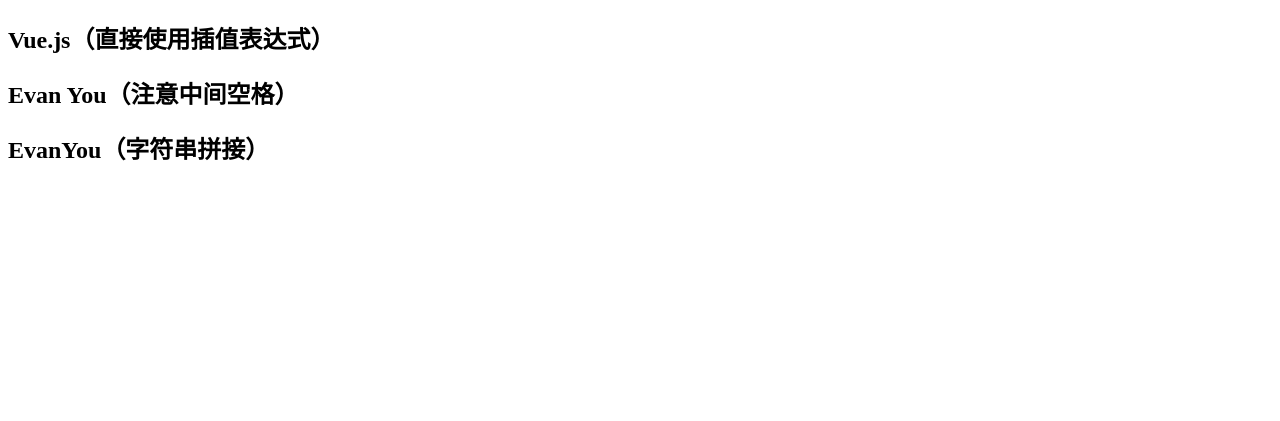
Repository: Gin1217/vueNotes
Page: firstVUE/HTML/quickstart.html
These files come from the project's save history. The page is drawn as it stood at one moment and after the next save; the edit follows.
The browser window is 1280 px wide. The pictures show the whole page.

Above is the page before, as saved 2021-03-10 09:20:34.

### firstVUE/HTML/quickstart.html
<!DOCTYPE html>
<html lang="en">

<head>
    <meta charset="UTF-8">
    <meta http-equiv="X-UA-Compatible" content="IE=edge">
    <meta name="viewport" content="width=device-width, initial-scale=1.0">
    <title>quickstart快速起步</title>
</head>

<body>
    <div id="app">
        <h2>{{message}}（直接使用插值表达式）</h2>
        <h2>{{firstName}} {{lastName}}（注意中间空格）</h2>
        <h2>{{firstName + lastName}}（字符串拼接）</h2>
        <!-- <h2>{{lastName.length}}个字符(取得属性)</h2>
        <h2>{{age*2}}（算数表达式）</h2>
        <h2>{{age>40? '中年':'青年'}}（三目运算）</h2>
        <h2>{{firstName.split('a').reverse().join(',')}}(使用js函数)</h2> -->
    </div>

    <!-- 从本地引入vue.js -->
    <!-- <script src="../js/vue.js"></script> -->

    <!-- 从CDN引入vue.js -->
    <script src="http://cdn.jsdelivr.net/npm/vue/dist/vue.js"></script>

    <script>
        const app = new Vue({
            el: '#app',
            data:{
                message:'Vue.js',
                firstName:'Evan',
                lastName:'You',
                age:41,
                info:'<a href="heep://cn/vue.js.org/">Vue.js文档</a>',
                data:new Date(),
            },


        //     methods: {
        //         funA(var1,var2){
        //         },
        //         funB:function(params){
        //         }
        //     },
        //     filters:{
        //     },
        //     // 计算属性
        //     computed:{
        //     }


        })

    </script>
</body>
</html>

After the next save:
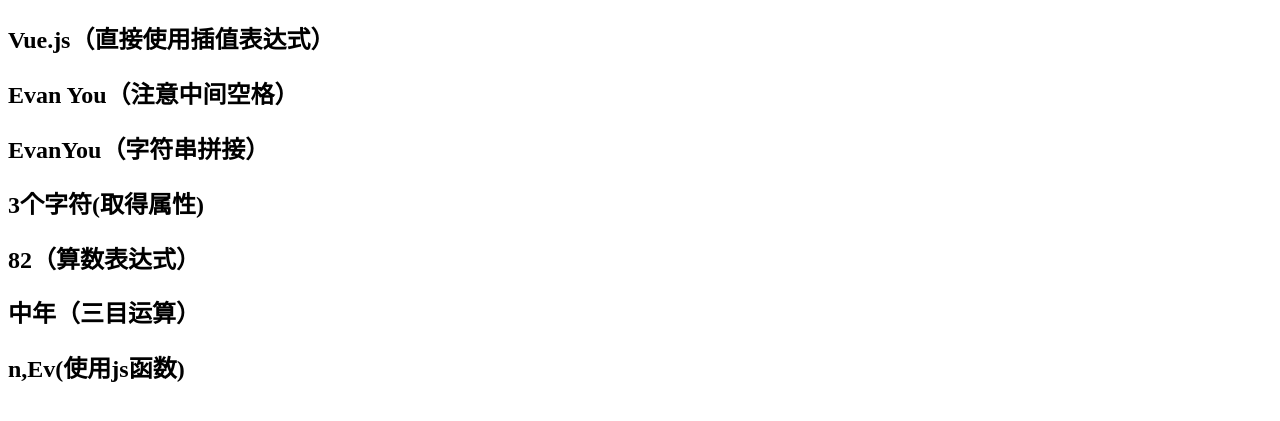
Saved 11 s later.
--- a/firstVUE/HTML/quickstart.html
+++ b/firstVUE/HTML/quickstart.html
@@ -13,10 +13,10 @@
         <h2>{{message}}（直接使用插值表达式）</h2>
         <h2>{{firstName}} {{lastName}}（注意中间空格）</h2>
         <h2>{{firstName + lastName}}（字符串拼接）</h2>
-        <!-- <h2>{{lastName.length}}个字符(取得属性)</h2>
+        <h2>{{lastName.length}}个字符(取得属性)</h2>
         <h2>{{age*2}}（算数表达式）</h2>
         <h2>{{age>40? '中年':'青年'}}（三目运算）</h2>
-        <h2>{{firstName.split('a').reverse().join(',')}}(使用js函数)</h2> -->
+        <h2>{{firstName.split('a').reverse().join(',')}}(使用js函数)</h2>
     </div>
 
     <!-- 从本地引入vue.js -->
